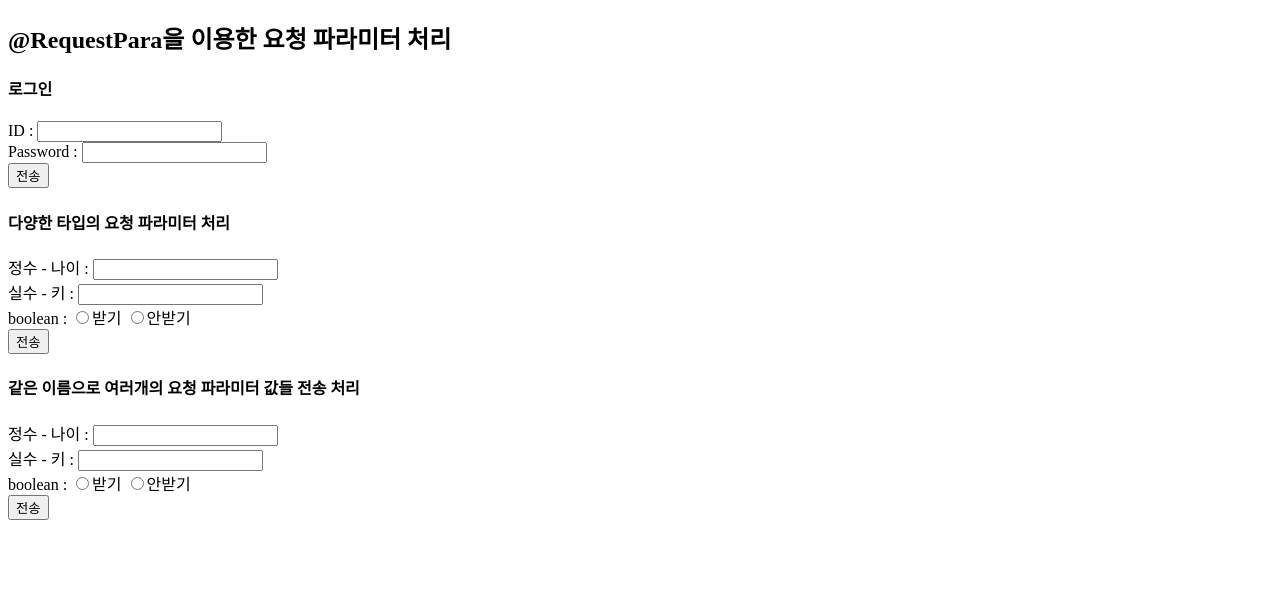
Repository: fellownew/framework_workspace
Page: http://localhost/spring_mvc_03_annotation/param/requestForm.do
An editor plug-in stored every save of this project. The page is shown before and after the next save, followed by the edit.
The browser window is 1280 px wide. The pictures show the whole page.
The page is served by Tomcat 9.

Above is the page before, as saved 2015-05-13 08:29:25.

After the next save:
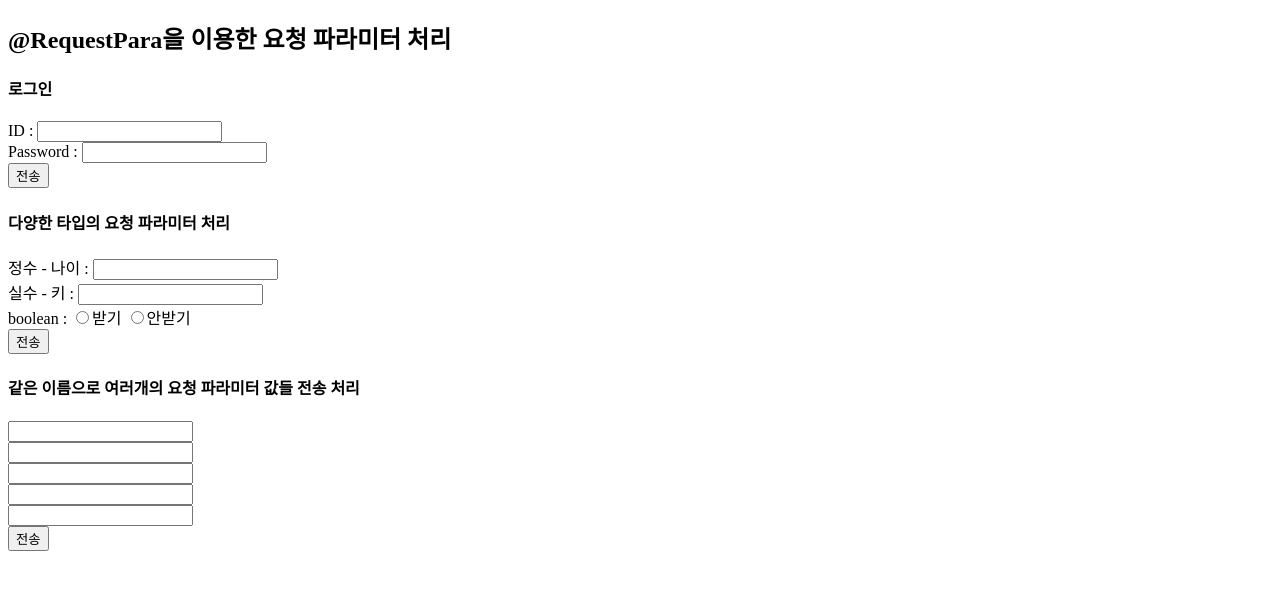
Saved 2 min 29 s later.
--- a/spring_mvc_03_annotation/WebContent/WEB-INF/view/request_form.jsp
+++ b/spring_mvc_03_annotation/WebContent/WEB-INF/view/request_form.jsp
@@ -25,10 +25,11 @@
 
 <h4>같은 이름으로 여러개의 요청 파라미터 값들 전송 처리</h4>
 	<form action="variousType.do" method="post">
-		정수 - 나이 : <input type="text" name="age"><br>
-		실수 - 키 : <input type="text" name="tall"><br>
-		boolean : <input type="radio" value="true" name="mailing">받기
-				<input type="radio" value="false" name="mailing">안받기<br>
+		<input type="text" name="txt"><br>
+		<input type="text" name="txt"><br>
+		<input type="text" name="txt"><br>
+		<input type="text" name="txt"><br>
+		<input type="text" name="txt"><br>
 		<input type="submit" value="전송">
 	</form>
 
